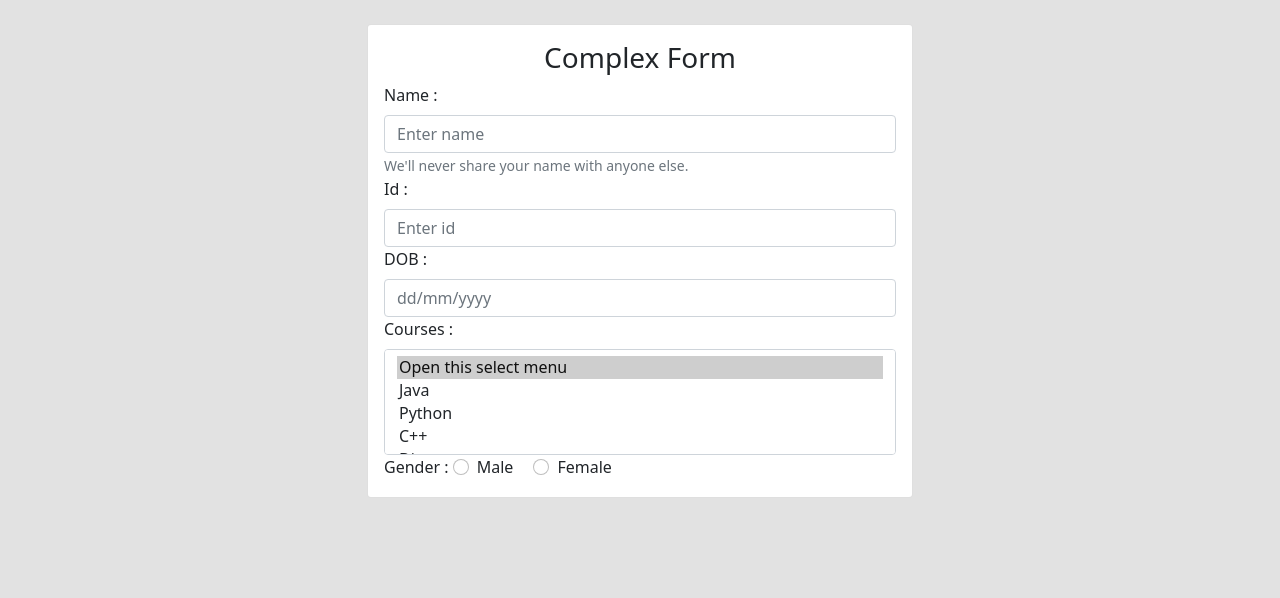
Repository: urvashimalviya/crudDemo
Page: http://localhost/SearchProject/WEB-INF/views/complex_form.jsp
These files come from the project's save history. The page is drawn as it stood at one moment and after the next save; the edit follows.
The browser window is 1280 px wide. The pictures show the whole page.
The page is served by Tomcat 9. Nobody is signed in. The template is opened directly, without the code that normally fills it, so the values that code supplies are empty.

Above is the page before, as saved 2021-08-11 09:41:13.

After the next save:
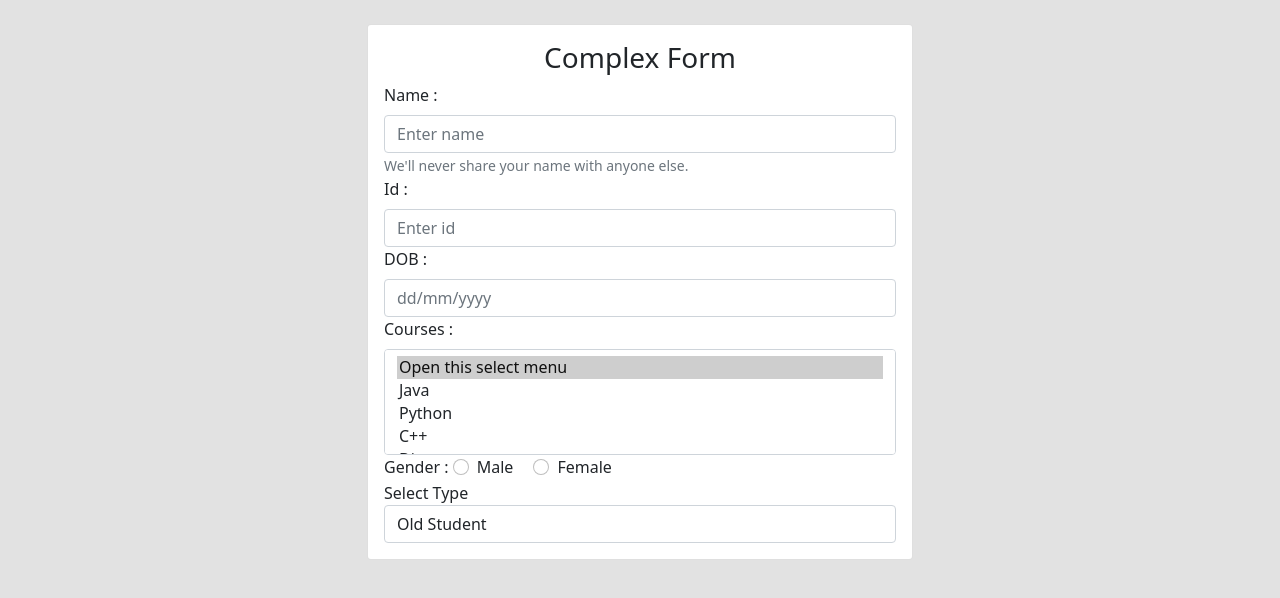
Saved 14 min 24 s later.
--- a/SearchProject/src/main/webapp/WEB-INF/views/complex_form.jsp
+++ b/SearchProject/src/main/webapp/WEB-INF/views/complex_form.jsp
@@ -66,18 +66,27 @@
 							</div>
 
 							<div class="form-group">
-							<span class="mr-3">Gender :</span>
+								<span class="mr-3">Gender :</span>
 								<div class="form-check form-check-inline">
-									<input class="form-check-input" type="radio"
-										name="gender" id="inlineRadio1" value="male">
-									<label class="form-check-label" for="inlineRadio1">Male</label>
+									<input class="form-check-input" type="radio" name="gender"
+										id="inlineRadio1" value="male"> <label
+										class="form-check-label" for="inlineRadio1">Male</label>
 								</div>
 								<div class="form-check form-check-inline">
-									<input class="form-check-input" type="radio"
-										name="gender" id="inlineRadio2" value="female">
-									<label class="form-check-label" for="inlineRadio2">Female</label>
+									<input class="form-check-input" type="radio" name="gender"
+										id="inlineRadio2" value="female"> <label
+										class="form-check-label" for="inlineRadio2">Female</label>
 								</div>
 
+							</div>
+
+							<div class="form-group">
+
+								<label for="">Select Type </label> <select class="form-control"
+									name="type">
+									<option value="oldStudent">Old Student</option>
+									<option value="newStudent">New Student</option>
+								</select>
 							</div>
 
 						</form>
